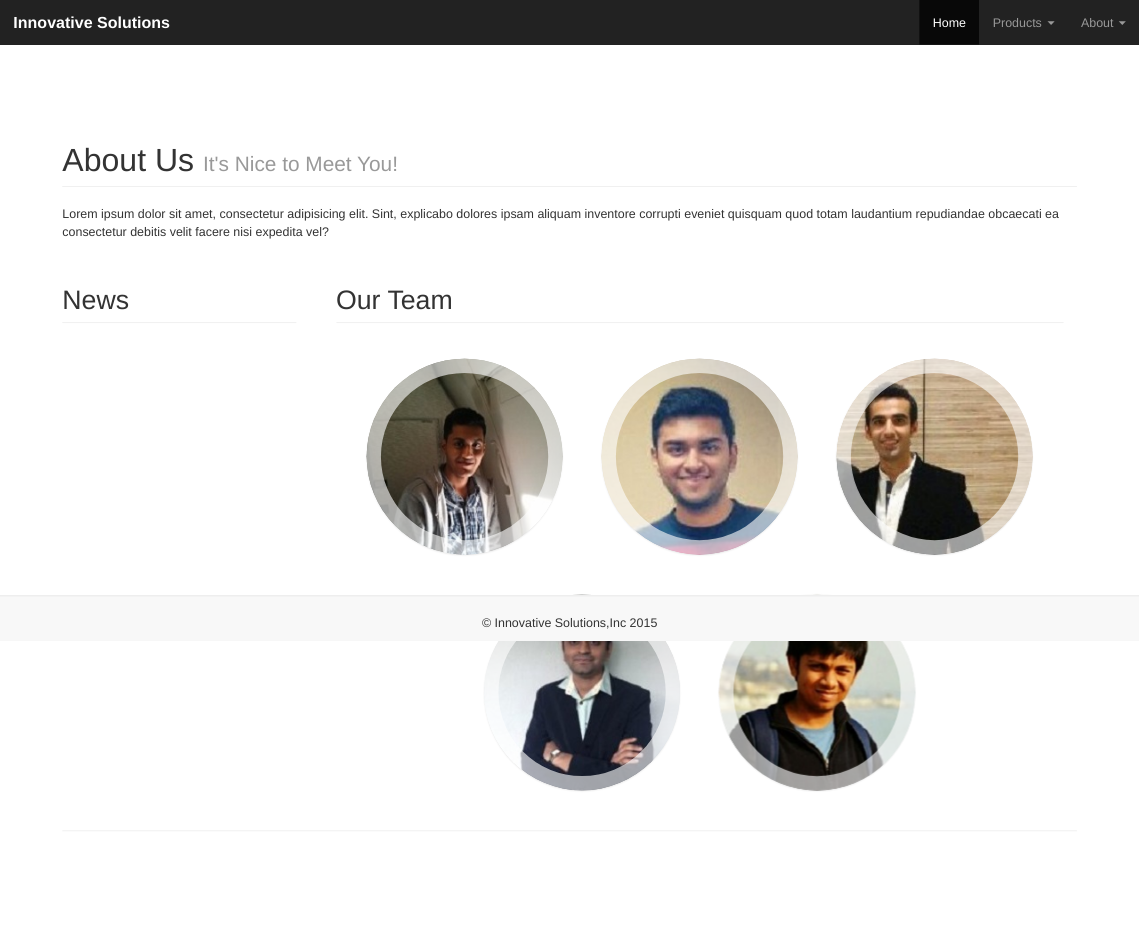
Repository: snketdesai/CMPE-280
Page: team.html
The author's editor kept a record of every edit. The page is drawn from the files as they stood at one moment, then again after the next edit.
The browser window is 1280 px wide. The pictures show the whole page, at 89% of full size.
Some web libraries are served in a nearby version.

Above is the page before.

### team.html
<!DOCTYPE html>
<html>
        <head>
                <title>Home</title>
                <meta name="viewport" content="width=device-width, initial-scale=1.0">
                <link href = "../css/bootstrap.min.css" rel = "stylesheet">
                <link href="../css/dashboard.css" rel="stylesheet">
				 <link href="../css/sticky-footer-navbar.css" rel="stylesheet">
               <link rel="stylesheet" type="text/css" href="../css/overlay.css" />


        </head>
        <body>

                <header class = "navbar navbar-inverse navbar-fixed-top">
                        <div class = "container-fluid">


                                <a href = "#" class = "navbar-brand"><strong>Innovative Solutions</strong></a>

                                <button class = "navbar-toggle" data-toggle = "collapse" data-target = ".navHeaderCollapse">
                                        <span class = "icon-bar"></span>
                                        <span class = "icon-bar"></span>
                                        <span class = "icon-bar"></span>
                                </button>

                                <div class = "collapse navbar-collapse navHeaderCollapse">

                                        <ul class = "nav navbar-nav navbar-right">

                                                <li class = "active"><a href = "#">Home</a></li>
                                                <li class = "dropdown">

                                                        <a href = "#" class = "dropdown-toggle" data-toggle = "dropdown">Products <b class = "caret"></b></a>
                                                        <ul class = "dropdown-menu">
                                                                <li><a href = "mobile.html">Mobile</a></li>
                                                                <li><a href = "bigdata.html">Big Data</a></li>
                                                                <li><a href = "iot.html">IOE/IOT</a></li>
                                                        </ul>

                                                </li>

                                                    <li class = "dropdown">

                                                        <a href = "#" class = "dropdown-toggle" data-toggle = "dropdown">About <b class = "caret"></b></a>
                                                        <ul class = "dropdown-menu">
                                                                <li><a href = "team.html">Management</a></li>
                                                                <li><a href = "https://www.facebook.com/cabusinesstrends">Code of Conduct</a></li>
                                                                <li><a href = "https://www.facebook.com/cabusinesstrends">Business Process</a></li>
                                                                <li><a href = "https://www.facebook.com/cabusinesstrends">Locations</a></li>
                                                                <li><a href = "https://www.facebook.com/cabusinesstrends">Contacts</a></li>
                                                        </ul>
                                                </li>
                                              </li>
                                        </ul>
                                </div>

                        </div>
                </header>
            <!-- Page Content -->
    <div class="container">

        <!-- Introduction Row -->
        <div class="row">
            <div class="col-lg-12">
                <h1 class="page-header">About Us
                    <small>It's Nice to Meet You!</small>
                </h1>
                <p>Lorem ipsum dolor sit amet, consectetur adipisicing elit. Sint, explicabo dolores ipsam aliquam inventore corrupti eveniet quisquam quod totam laudantium repudiandae obcaecati ea consectetur debitis velit facere nisi expedita vel?</p>
            </div>
        </div>

        <!-- Team Members Row -->
        <div class="row">
            <div class="col-lg-3">
                <h2 class="page-header">News</h2>
                <div>
                    <script src="http://nmp.newsgator.com/NGBuzz/buzz.ashx?buzzId=81519&apiToken=C9A08C5818F54101B19714C0283D5F70&trkP=&trkM=B3AA8BF8-9242-6D29-39CA-1127C08F8AE2" type="text/javascript"></script>
                </div>
            </div>
        <div class="col-lg-9">
            <div class="col-lg-12">
                <h2 class="page-header">Our Team</h2>
            </div>
			<div>
				<ul class="ch-grid">
					<li>
						<div class="ch-item ch-img-1">
							<div class="ch-info">
								<h3>Ankit Devani</h3>
								<p><a href="https://www.linkedin.com/in/ankitdevani">
								    <img src="https://static.licdn.com/scds/common/u/img/webpromo/btn_liprofile_blue_80x15.png" width="80" height="15" border="0" alt="View Ankit Devani's profile on LinkedIn">
                                    </a>
                                </p>
							</div>
						</div>
					</li>
					<li>
						<div class="ch-item ch-img-2">
							<div class="ch-info">
								 <h3>Harsh Shah</h3>
								<p><a href="https://www.linkedin.com/in/harshns">
								    <img src="https://static.licdn.com/scds/common/u/img/webpromo/btn_liprofile_blue_80x15.png" width="80" height="15" border="0" alt="View Harsh Shah's profile on LinkedIn">
                                    </a>
                                </p>
							</div>
						</div>
					</li>
					<li>
						<div class="ch-item ch-img-3">
							<div class="ch-info">
								<h3>Hitesh Basantani</h3>
								<p><a href="https://www.linkedin.com/pub/hitesh-basantani/44/a77/278">
                                  <img src="https://static.licdn.com/scds/common/u/img/webpromo/btn_liprofile_blue_80x15.png" width="80" height="15" border="0" alt="View Hitesh Basantani's profile on LinkedIn">
                                </a></p>
							</div>
						</div>
					</li>
					<li>
						<div class="ch-item ch-img-4">
							<div class="ch-info">
								<h3>Rohan Bhanderi</h3>
								<p>
								    <a href="https://www.linkedin.com/in/rohanbhanderi">
								    <img src="https://static.licdn.com/scds/common/u/img/webpromo/btn_liprofile_blue_80x15.png" width="80" height="15" border="0" alt="View Rohan Bhanderi's profile on LinkedIn">
                                    </a>
                                </p>
							</div>
						</div>
					</li>
					<li>
						<div class="ch-item ch-img-5">
							<div class="ch-info">
								 <h3>Sanket Desai</h3>
								<p><a href="https://www.linkedin.com/in/desaisanket">
								    <img src="https://static.licdn.com/scds/common/u/img/webpromo/btn_liprofile_blue_80x15.png" width="80" height="15" border="0" alt="View Sanket Desai's profile on LinkedIn">
                                    </a>
                                </p>
							</div>
						</div>
					</li>
				</ul>
			</div>
        </div>
    </div>
        <hr>
                <div class = "navbar navbar-default navbar-fixed-bottom">

                        <footer class = "container">
                       			</br>
                            <p align="center">&copy; Innovative Solutions,Inc 2015
                            </p>

                        </footer>

                </div>

                <script src = "https://ajax.googleapis.com/ajax/libs/jquery/1.10.2/jquery.min.js"></script>
                <script src = "../js/bootstrap.js"></script>

        </body>
</html>

### css/dashboard.css
/*
 * Base structure
 */

/* Move down content because we have a fixed navbar that is 50px tall */
body {
  padding-top: 50px;
}


/*
 * Global add-ons
 */

.sub-header {
  padding-bottom: 10px;
  border-bottom: 1px solid #eee;
}

/*
 * Top navigation
 * Hide default border to remove 1px line.
 */
.navbar-fixed-top {
  border: 0;
}

/*
 * Sidebar
 */

/* Hide for mobile, show later */
.sidebar {
  display: none;
}
@media (min-width: 768px) {
  .sidebar {
    position: fixed;
    top: 20px;
    bottom: 0;
    left: 0;
    z-index: 1000;
    display: block;
    padding: 20px;
    overflow-x: hidden;
    overflow-y: auto; /* Scrollable contents if viewport is shorter than content. */
    background-color: #f5f5f5;
    border-right: 1px solid #eee;
  }
.sidebar1 {

    right: 0px;
    width: 220px;
    position: fixed;
    top: 20px;
    bottom: 0;
    z-index: 1000;
    display: block;
    padding: 20px;
    overflow-x: hidden;
    overflow-y: auto; /* Scrollable contents if viewport is shorter than content. */
    background-color: #f5f5f5;
    border-right: 1px solid #eee;
  }
}

/* Sidebar navigation */
.nav-sidebar {
  margin-right: -21px; /* 20px padding + 1px border */
  margin-bottom: 20px;
  margin-left: -20px;
}
.nav-sidebar > li > a {
  padding-right: 20px;
  padding-left: 20px;
}
.nav-sidebar > .active > a,
.nav-sidebar > .active > a:hover,
.nav-sidebar > .active > a:focus,
.nav-sidebar > .active > h4 {
  color: #fff;
  background-color: #428bca;
  height: 30px;
}


/*
 * Main content
 */

.main {
  padding: 20px;
}
@media (min-width: 768px) {
  .main {
    padding-right: 40px;
    padding-left: 40px;
  }
}
.main .page-header {
  margin-top: 0;
}


/*
 * Placeholder dashboard ideas
 */

.placeholders {
  margin-bottom: 30px;
  text-align: center;
}
.placeholders h4 {
  margin-bottom: 0;
}
.placeholder {
  margin-bottom: 20px;
}
.placeholder img {
  display: inline-block;
  border-radius: 50%;
}
.img-center {
	margin: 0 auto;
}
body {
    padding-bottom: 40px;
    padding-top: 60px;
}

.sidebar-nav-fixed {
	width:20%;
}
.review-name{
	left: 60px;
	position: relative;
	font-size: small;
}

.caption {
    position:absolute;
    top:0;
    right:0;
    background:rgba(66, 139, 202, 0.75);
    width:100%;
    height:100%;

    display: none;
    text-align:center;
    color:#fff !important;
    z-index:2;
}

### css/sticky-footer-navbar.css
/* Sticky footer styles
-------------------------------------------------- */
html {
  position: relative;
  min-height: 100%;
}
body {
  /* Margin bottom by footer height */
  margin-bottom: 60px;
}
#footer {
  position: absolute;
  bottom: 0;
  width: 100%;
  /* Set the fixed height of the footer here */
  height: 60px;
  background-color: #f5f5f5;
}


/* Custom page CSS
-------------------------------------------------- */
/* Not required for template or sticky footer method. */

body > .container {
  padding: 60px 15px 0;
}
.container .text-muted {
  margin: 20px 0;
}

#footer > .container {
  padding-right: 15px;
  padding-left: 15px;
}

code {
  font-size: 80%;
}

### css/overlay.css
.ch-grid {
	margin: 20px 0 0 0;
	padding: 0;
	list-style: none;
	display: block;
	text-align: center;
	width: 100%;
}

.ch-grid:after,
.ch-item:before {
	content: '';
    display: table;
}

.ch-grid:after {
	clear: both;
}

.ch-grid li {
	width: 220px;
	height: 220px;
	display: inline-block;
	margin: 20px;
}

.ch-item {
	width: 100%;
	height: 100%;
	border-radius: 50%;
	position: relative;
	cursor: default;
	box-shadow:
		inset 0 0 0 0 rgba(200,95,66, 0.4),
		inset 0 0 0 16px rgba(255,255,255,0.6),
		0 1px 2px rgba(0,0,0,0.1);

	-webkit-transition: all 0.4s ease-in-out;
	-moz-transition: all 0.4s ease-in-out;
	-o-transition: all 0.4s ease-in-out;
	-ms-transition: all 0.4s ease-in-out;
	transition: all 0.4s ease-in-out;
}

.ch-img-1 {
	background-image: url(../img/ankit.jpg);
}

.ch-img-2 {
	background-image: url(../img/harsh.jpg);
}

.ch-img-3 {
	background-image: url(../img/hitesh.jpg);
}

.ch-img-4 {
	background-image: url(../img/rohan.jpg);
}

.ch-img-5 {
	background-image: url(../img/sanket.jpg);
}

.ch-info {
	position: absolute;
	width: 100%;
	height: 100%;
	border-radius: 50%;
	opacity: 0;

	-webkit-transition: all 0.4s ease-in-out;
	-moz-transition: all 0.4s ease-in-out;
	-o-transition: all 0.4s ease-in-out;
	-ms-transition: all 0.4s ease-in-out;
	transition: all 0.4s ease-in-out;

	-webkit-transform: scale(0);
	-moz-transform: scale(0);
	-o-transform: scale(0);
	-ms-transform: scale(0);
	transform: scale(0);

	-webkit-backface-visibility: hidden; /*for a smooth font */

}

.ch-info h3 {
	color: #fff;
	text-transform: uppercase;
	position: relative;
	letter-spacing: 2px;
	font-size: 22px;
	margin: 0 30px;
	padding: 65px 0 0 0;
	height: 110px;
	font-family: 'Open Sans', Arial, sans-serif;
	text-shadow:
		0 0 1px #fff,
		0 1px 2px rgba(0,0,0,0.3);
}

.ch-info p {
	color: #fff;
	padding: 10px 5px;
	font-style: italic;
	margin: 0 30px;
	font-size: 12px;
	border-top: 1px solid rgba(255,255,255,0.5);
}

.ch-info p a {
	display: block;
	color: #fff;
	color: rgba(255,255,255,0.7);
	font-style: normal;
	font-weight: 700;
	text-transform: uppercase;
	font-size: 9px;
	letter-spacing: 1px;
	padding-top: 4px;
	font-family: 'Open Sans', Arial, sans-serif;
}

.ch-info p a:hover {
	color: #fff222;
	color: rgba(255,242,34, 0.8);
}

.ch-item:hover {
	box-shadow:
		inset 0 0 0 110px rgba(200,95,66, 0.4),
		inset 0 0 0 16px rgba(255,255,255,0.8),
		0 1px 2px rgba(0,0,0,0.1);
}

.ch-item:hover .ch-info {
	opacity: 1;

	-webkit-transform: scale(1);
	-moz-transform: scale(1);
	-o-transform: scale(1);
	-ms-transform: scale(1);
	transform: scale(1);
}

Loaded but not shown: css/bootstrap.min.css (library); js/bootstrap.js (library)

After the next edit:
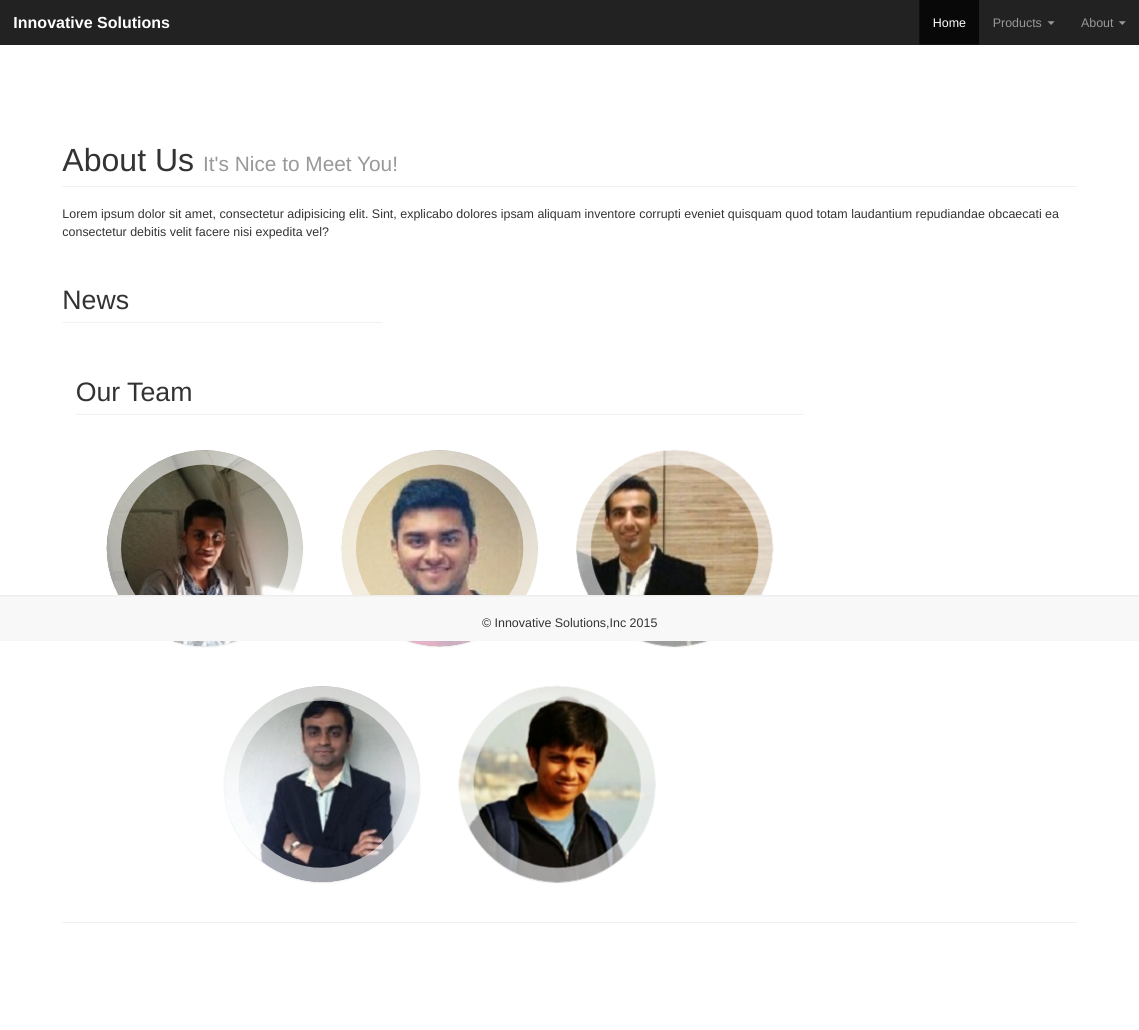
The edit:
--- a/team.html
+++ b/team.html
@@ -72,7 +72,7 @@
 
         <!-- Team Members Row -->
         <div class="row">
-            <div class="col-lg-3">
+            <div class="col-lg-4">
                 <h2 class="page-header">News</h2>
                 <div>
                     <script src="http://nmp.newsgator.com/NGBuzz/buzz.ashx?buzzId=81519&apiToken=C9A08C5818F54101B19714C0283D5F70&trkP=&trkM=B3AA8BF8-9242-6D29-39CA-1127C08F8AE2" type="text/javascript"></script>
